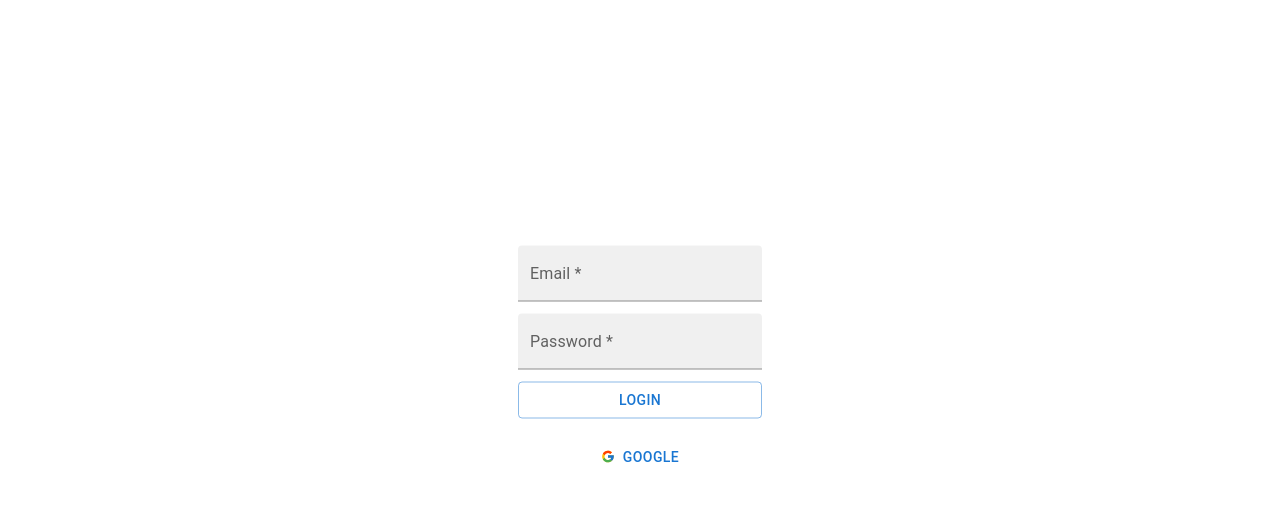
Repository: satya-ranjon/Instagram-clone-dev
Page: /login
An editor plug-in stored every save of this project. The page is shown before and after the next save, followed by the edit.
The browser window is 1280 px wide. The pictures show the whole page.
The project was rebuilt for these pictures with package versions that can differ from the ones it lists, and the page was loaded fresh each time. Also part of the build but not shown: src/components/PostDetiels/PostDetielPost.jsx, src/components/PostDetiels/PostDetielsHader.jsx, src/components/PostDetiels/SingleComment.jsx, src/components/PostDetiels/CommentDetiels.jsx, src/components/PostDetiels/Comment.jsx, src/components/PostDetiels/PostDitelsFooter.jsx, src/components/PostDetiels/PostDetielsContainer.jsx, src/components/Expolor/ExpolorPost.jsx and 37 more.

Above is the page before, as saved 2022-04-25 17:14:41.

After the next save:
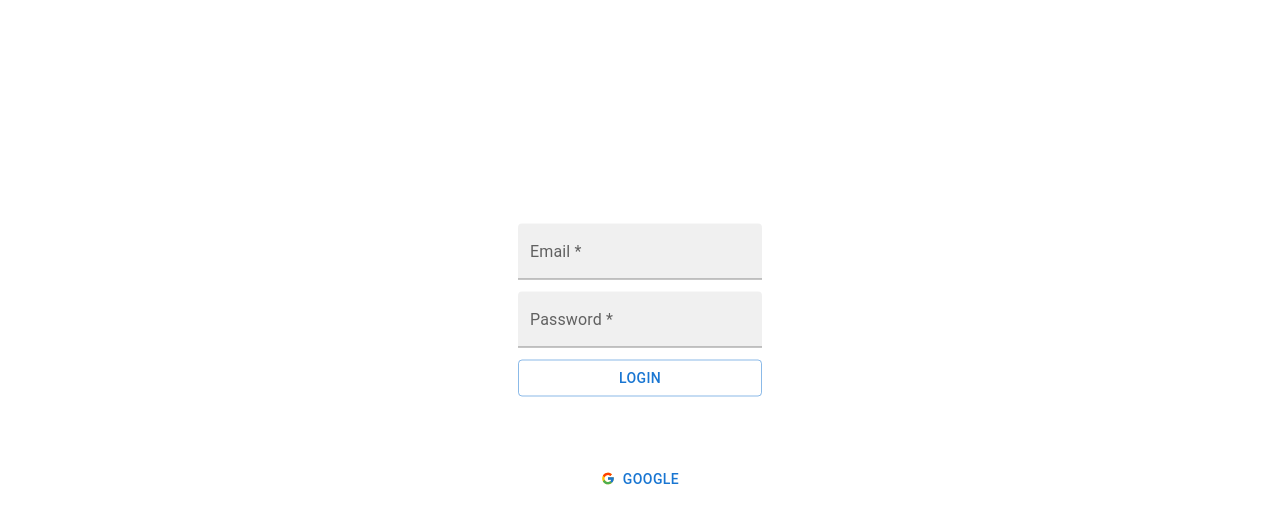
Saved 32 s later.
--- a/src/components/Login.jsx
+++ b/src/components/Login.jsx
@@ -26,6 +26,9 @@ export default function Login() {
               Login
             </Button>
           </form>
+          <div className="flex">
+            <br />
+          </div>
           <Button
             variant="text"
             className=" w-full flex space-x-2 font-semibold"
